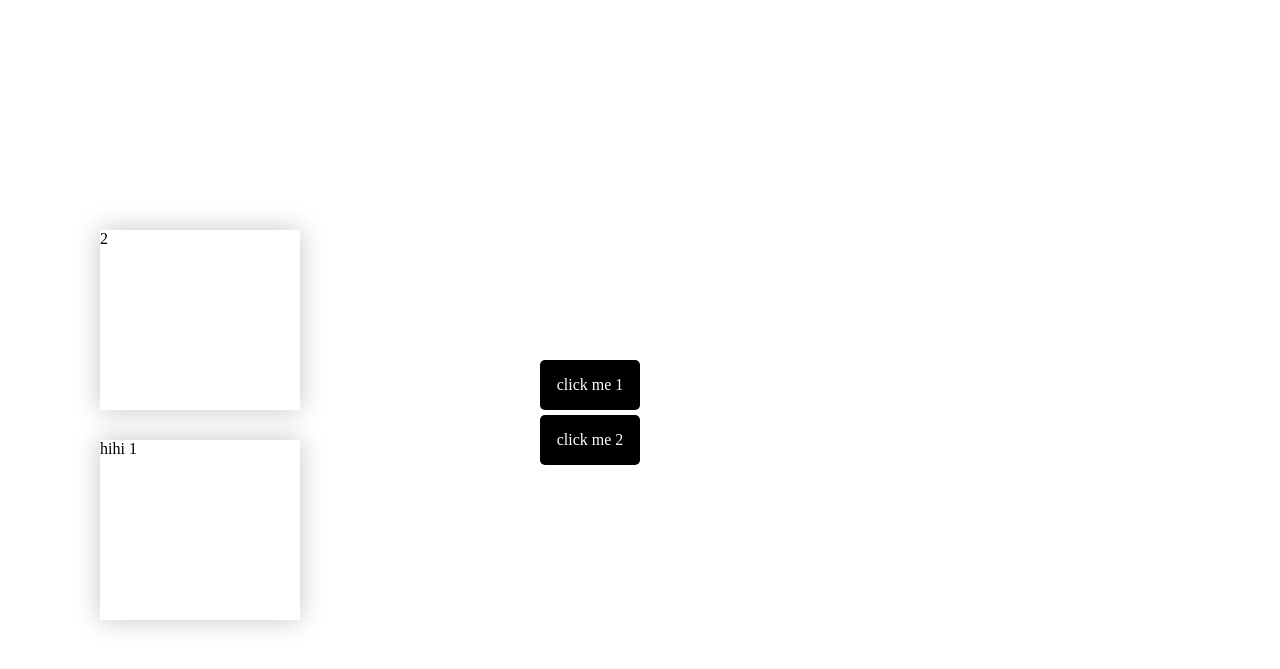
Repository: NguyenDucHung20002/project-demo2
Page: test/test2.html
These files come from the project's save history. The page is drawn as it stood at one moment and after the next save; the edit follows.
The browser window is 1280 px wide. The pictures show the whole page.
After loading, the first visible `div.btn` was clicked once.
The style sheet was rebuilt from its Sass, Less or Tailwind sources for each picture, by a compiler version that may differ from the author's.

Above is the page before, as saved 2022-05-21 16:38:33.

### test/test2.html
<!DOCTYPE html>
<html lang="en">
  <head>
    <meta charset="UTF-8" />
    <meta http-equiv="X-UA-Compatible" content="IE=edge" />
    <meta name="viewport" content="width=device-width, initial-scale=1.0" />
    <link rel="stylesheet" href="../dist/css/test2.css" />
    <link rel="stylesheet" href="/reset.css" />
    <title>Document</title>
  </head>
  <body>
    <div class="wrpaper-btn">
      <div data-id="1" class="btn">click me 1</div>
      <div data-id="2" class="btn">click me 2</div>
    </div>
    <div class="active-added-product">
      <div class="added-product">1</div>
      <div class="added-product">2</div>
    </div>
  </body>
  <script
    src="https://cdnjs.cloudflare.com/ajax/libs/jquery/3.6.0/jquery.min.js"
    integrity="sha512-894YE6QWD5I59HgZOGReFYm4dnWc1Qt5NtvYSaNcOP+u1T9qYdvdihz0PPSiiqn/+/3e7Jo4EaG7TubfWGUrMQ=="
    crossorigin="anonymous"
    referrerpolicy="no-referrer"
  ></script>
  <script src="test2.js"></script>
</html>

### reset.css
*,
*::after,
*::before {
  margin: 0;
  padding: 0;
  box-sizing: border-box;
}
a {
  text-decoration: none;
  /* mặc đinh là text-decoration: underline; */
}
ul,
ol {
  list-style: none;
}
input,
button {
  outline: none;
  border: none;
  background: none;
}
table,
th,
td {
  border-collapse: collapse;
}

### test/test2.js
const viewProduct = [];
$(".btn").click(function (e) {
  e.preventDefault();
  const id = $(this).data("id");
  const div = document.createElement("div");
  div.classList.add("added-product");
  div.innerHTML = `<div class="name">hihi ${id}</div>`;
  document.querySelector(".active-added-product").appendChild(div);
  $(".active-added-product").addClass("show-hidden-product");
  let countShowProduct = document.querySelectorAll(".added-product");
  if (countShowProduct.length >= 3) {
    $(".added-product")
      .first()
      .addClass("hidden-product", function () {
        $(this).remove();
      });
  }
});

### test/test2.scss
.wrpaper-btn{
  position: absolute;
  top: 50%;
  right: 50%;
  .btn{
    margin-bottom: 5px;
    width: 100px;
    height: 50px;
    background-color: black;
    color: white;
    border-radius: 5px;
    text-align: center;
    line-height: 50px;
    cursor: pointer;
  }
}
.show-product{
  &:last-child{
    opacity: 0;
    transform: translateX(-300px);
    animation: show 0.3s linear forwards;
  }
}
.hidden-product{
  &:first-child{
    animation: hidden 0.3s linear forwards;
  }
}
.active-added-product{
  position: absolute;
  bottom: 100px;
  left: 100px;
  transition: 0.3s;
  .added-product{
    width: 200px;
    height: 180px;
    background-color: white;
    box-shadow: 0px 0px 24px 1px rgba(0, 0, 0, 0.21);
    margin-top: 30px;

  }
}
@keyframes show {
  to{
    opacity: 1;
    transform: translate(0);
  }
}
@keyframes hidden {
  to{
    opacity: 0;
    transform: translateX(-300px);
  }
}

After the next save:
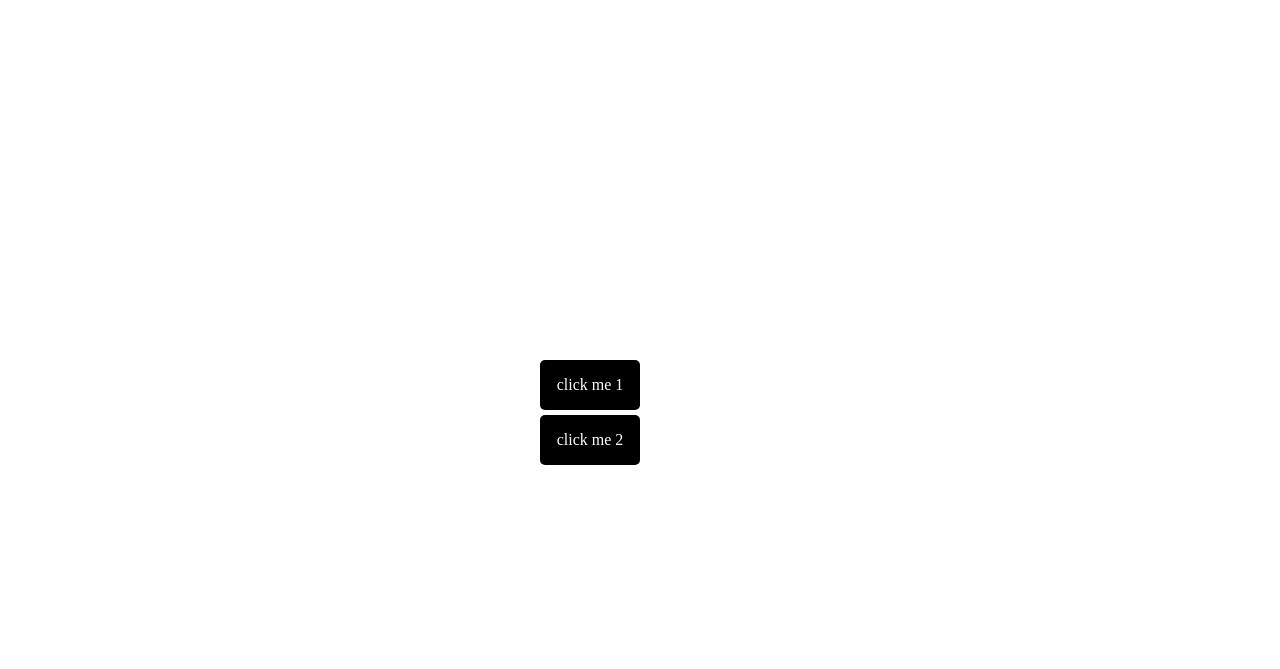
Saved 64 s later.
--- a/test/test2.js
+++ b/test/test2.js
@@ -9,10 +9,7 @@
   $(".active-added-product").addClass("show-hidden-product");
   let countShowProduct = document.querySelectorAll(".added-product");
   if (countShowProduct.length >= 3) {
-    $(".added-product")
-      .first()
-      .addClass("hidden-product", function () {
-        $(this).remove();
-      });
+    $(".added-product").first().addClass("hidden-product");
+    $(".added-product").remove();
   }
 });

After the save that followed:
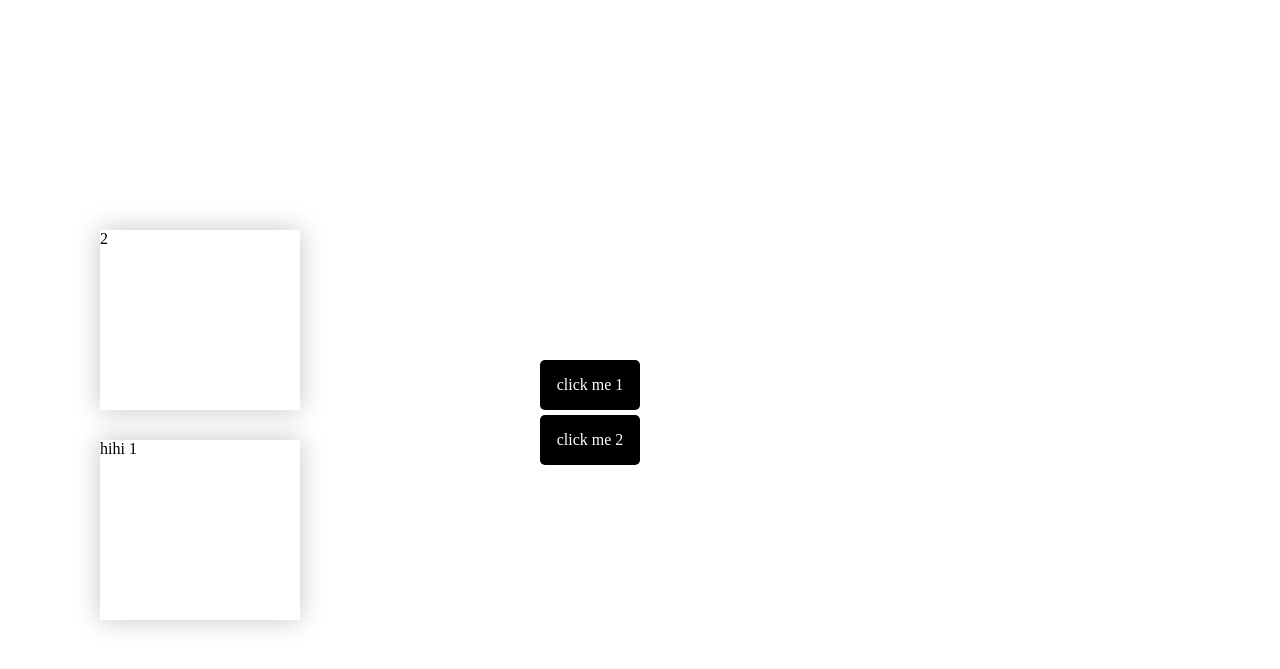
Saved 28 s later.
--- a/test/test2.js
+++ b/test/test2.js
@@ -10,6 +10,6 @@
   let countShowProduct = document.querySelectorAll(".added-product");
   if (countShowProduct.length >= 3) {
     $(".added-product").first().addClass("hidden-product");
-    $(".added-product").remove();
+    $(".added-product").first().remove();
   }
 });
